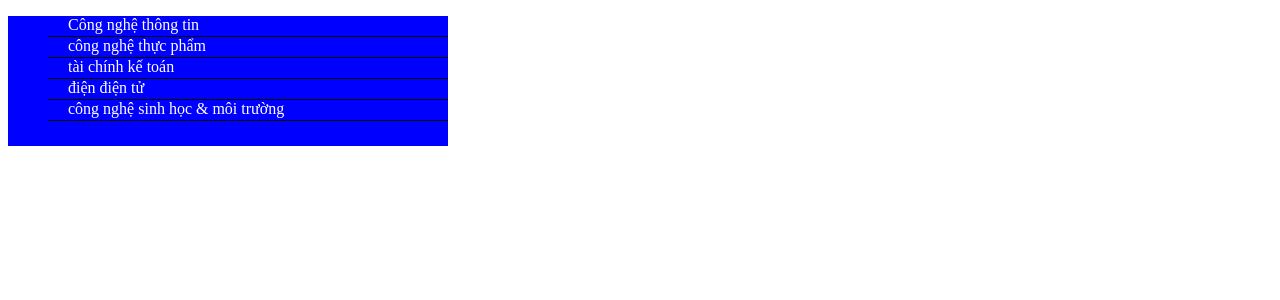
Repository: Tan-Khang21/TH_TKW--Buoi_08
Page: Bai_Tap_Mau/Bai_02/SiderBar.html
These files come from the project's save history. The page is drawn as it stood at one moment and after the next save; the edit follows.
The browser window is 1280 px wide. The pictures show the whole page.

Above is the page before, as saved 2024-03-12 19:52:19.

After the next save:
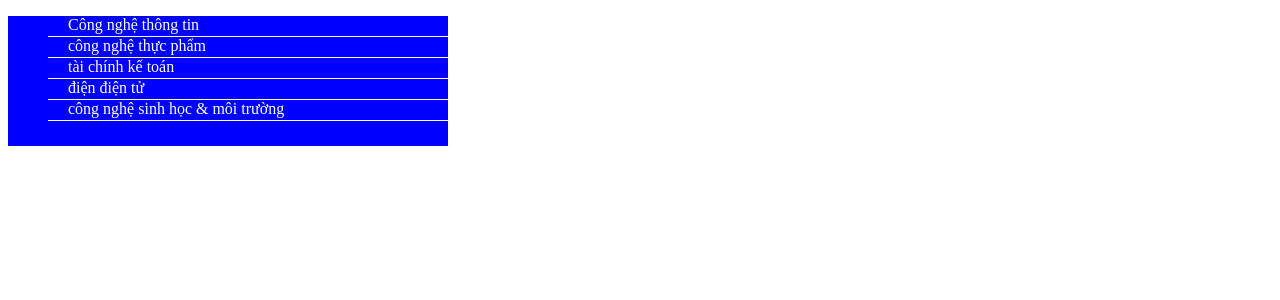
Saved 6 s later.
--- a/Bai_Tap_Mau/Bai_02/style.css
+++ b/Bai_Tap_Mau/Bai_02/style.css
@@ -7,5 +7,5 @@
   color: #fff;
   height: 20px;
   padding: 0px 20px 0px 20px;
-  border-bottom: 1px solid black;
+  border-bottom: 1px solid white;
 }
